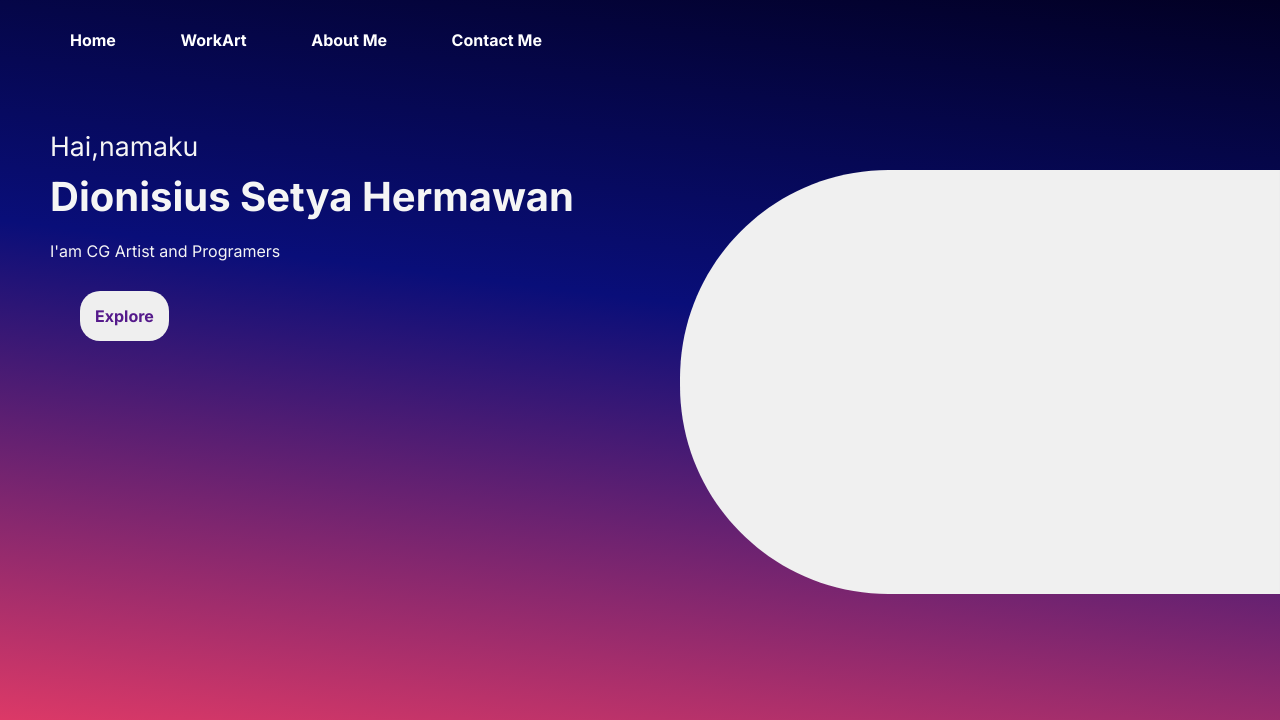
Repository: sius012/DiWorkbench
Page: index.html
The author's editor kept a copy of each file at every save. The page is drawn from the files as they stood at one save, then again after the next save.
The browser window is 1280 px wide. The pictures show the whole page.

Above is the page before, as saved 2023-04-06 21:17:16.

### index.html
<!DOCTYPE html>
<html lang="en">
<head>
    <meta charset="UTF-8">
    <meta http-equiv="X-UA-Compatible" content="IE=edge">
    <meta name="viewport" content="width=device-width, initial-scale=1.0">
    <title>Document</title>
    <link href="https://fonts.googleapis.com/css2?family=Inter:wght@400;500;600;700;800;900&display=swap" rel="stylesheet">
    <style>
      *{
        font-family: 'Inter', sans-serif;
        margin:0px;
      }

      a{
        text-decoration: none;
      }

      body{
        background: rgb(2,0,36);
        background: linear-gradient(187deg, rgba(2,0,36,1) 0%, rgba(9,14,121,1) 43%, rgba(220,57,103,1) 100%, rgba(12,10,124,1) 100%);
        height: 100vh;
      }

      .nav-cont li{
        display: inline-block;
      }

      .nav-cont li a{
        padding: 30px;
        display: block;
        text-decoration: none;
        color: white;
        font-weight: bold;
      }

      .nav-cont{
        list-style-type: none;
        margin: 0px;
      }

      .link-nav:hover{
        background-color: rgba(159, 159, 159, 0.349);
      }

      .container img{
        float: right;
        width: 600px;
        margin-top: 40px;
        position: absolute;
        right: 0;
      }

      .container-section{
        color: whitesmoke;
        margin: 50px;
      }

      .h3-name{
        font-size: 30pt;
      }

      .h6-name{
        font-size: 20pt;
        font-weight: normal;
        margin-bottom: 10px;
      }

      .btn-explore{
        padding: 15px;
        border: none;
        border-radius: 20px;
        margin: 30px;
        font-size: 12pt;
        font-weight: bold;
      }


      .p-text{
        margin-top: 20px;
      }
    </style>
</head>
<body>
  <nav>
    <ul class="nav-cont">
      <li><a href="" class="link-nav">Home </a></li>
      <li><a href="" class="link-nav">WorkArt</a></li>
      <li><a href="" class="link-nav">About Me</a></li>
      <li><a href="" class="link-nav">Contact Me</a></li>
    </ul>
    <div class="container">
      <img src="asset/image/rounded_frame.svg" alt="">
      <div class="container-section">
        <h6 class="h6-name">Hai,namaku</h6>
        <h3 class="h3-name">Dionisius Setya Hermawan</h3>
        <p class="p-text">I'am CG Artist and Programers</p>
        <button class="btn-explore"><a href="">Explore</a></button>
      </div>

    </div>
  </nav>
</body>
</html>

After the next save:
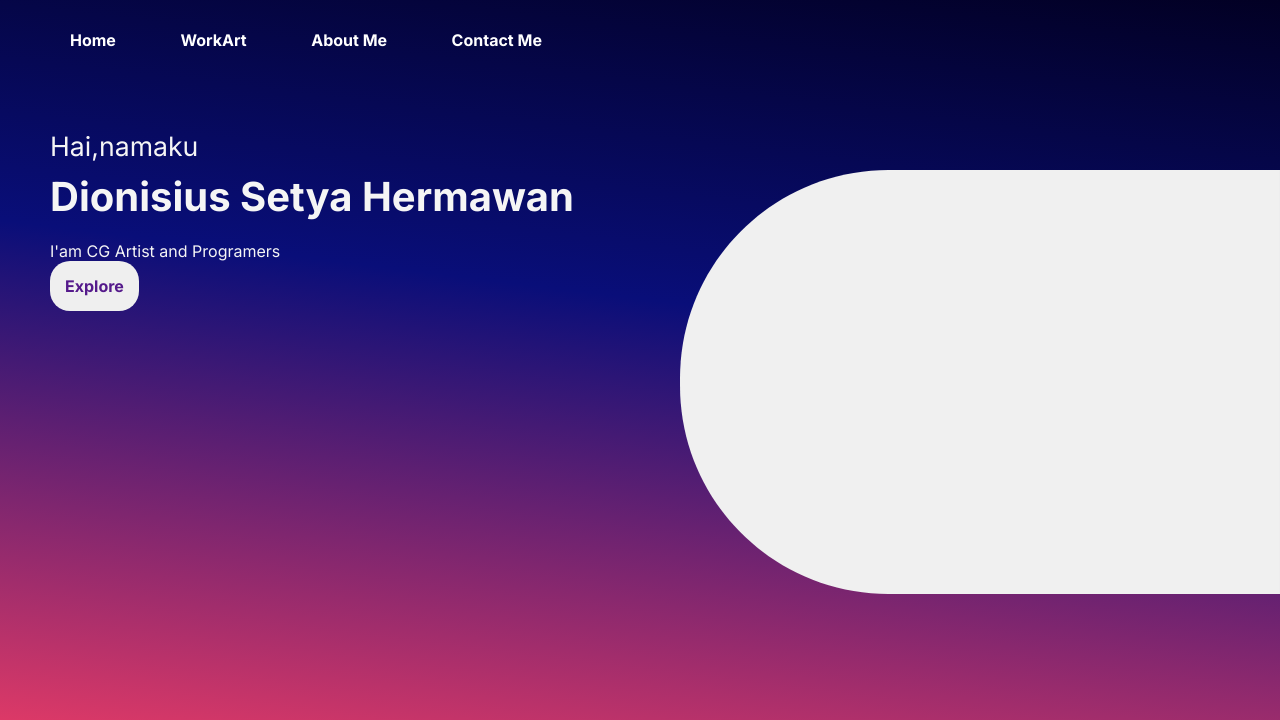
Saved 11 s later.
--- a/index.html
+++ b/index.html
@@ -70,7 +70,6 @@
         padding: 15px;
         border: none;
         border-radius: 20px;
-        margin: 30px;
         font-size: 12pt;
         font-weight: bold;
       }
